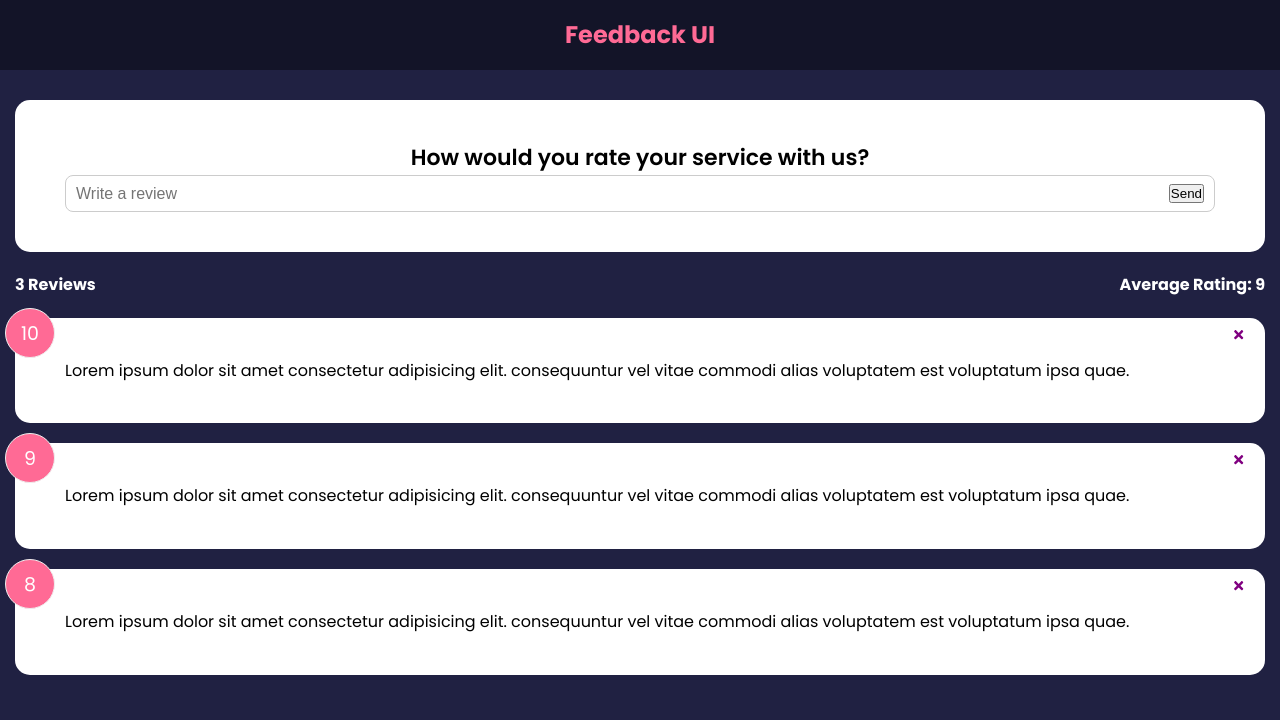
Repository: haokiet2501/feedback-app
Page: /
The author's editor kept a copy of each file at every save. The page is drawn from the files as they stood at one save, then again after the next save.
The browser window is 1280 px wide. The pictures show the whole page.
The project was rebuilt for these pictures with package versions that can differ from the ones it lists, and the page was loaded fresh each time.

Above is the page before, as saved 2022-02-24 20:51:30.

After the next save:
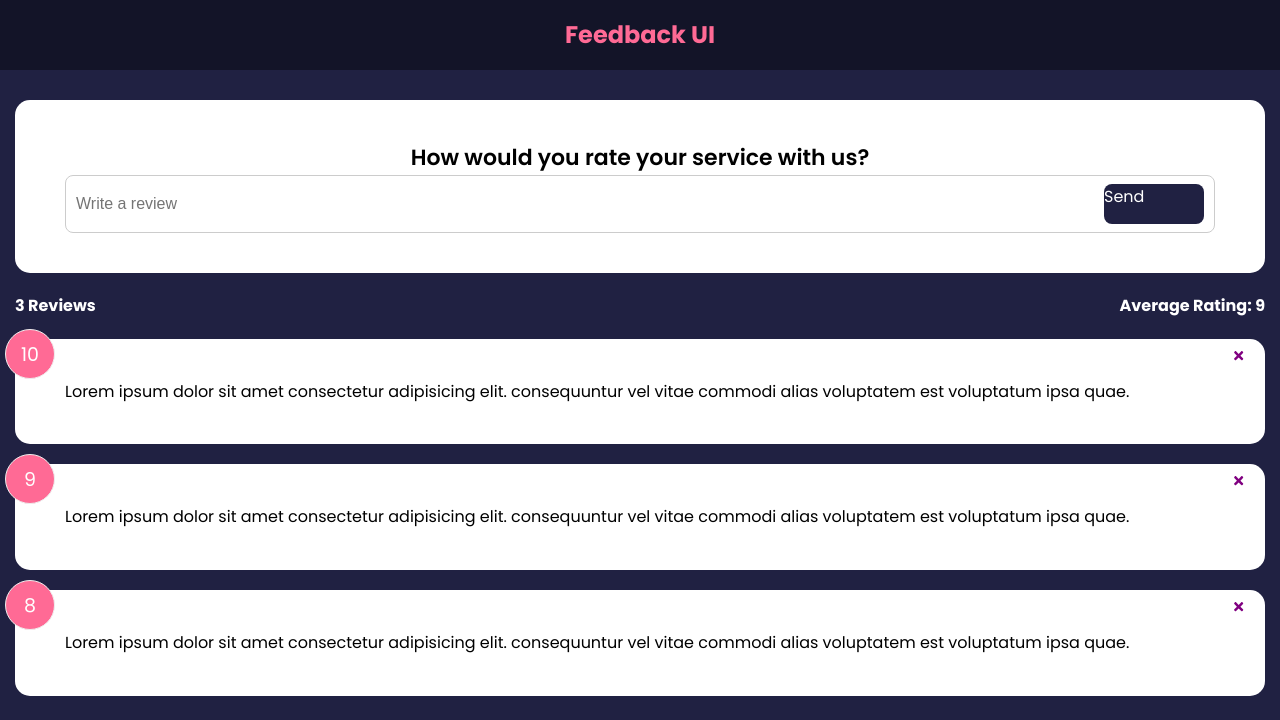
Saved 6 s later.
--- a/src/components/FeedbackForm.jsx
+++ b/src/components/FeedbackForm.jsx
@@ -21,7 +21,7 @@ function FeedbackForm() {
                     placeholder="Write a review"
                     value={text}
                   />
-                  <button type="submit">Send</button>
+                  <Button type="submit">Send</Button>
               </div>
           </form>
       </Card>
